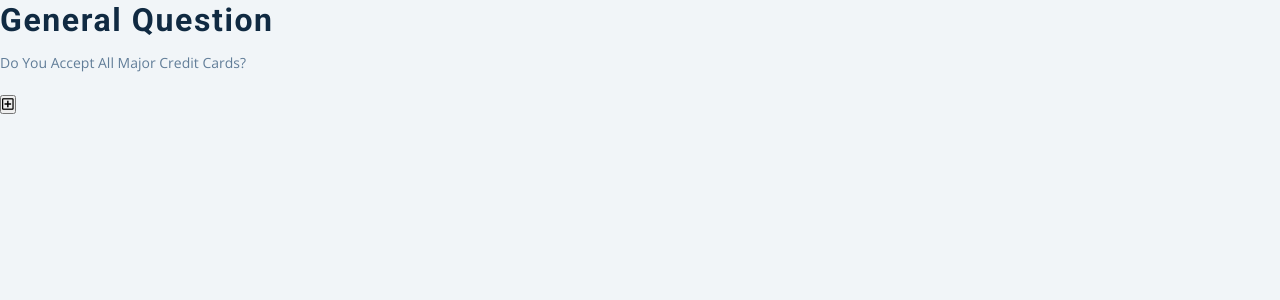
Repository: OmniaRafat232111121/projects-js
Page: questions/index.html
An editor plug-in stored every save of this project. The page is shown before and after the next save, followed by the edit.
The browser window is 1280 px wide. The pictures show the whole page.
Some web libraries are served in a nearby version.

Above is the page before, as saved 2023-01-02 22:03:04.

After the next save:
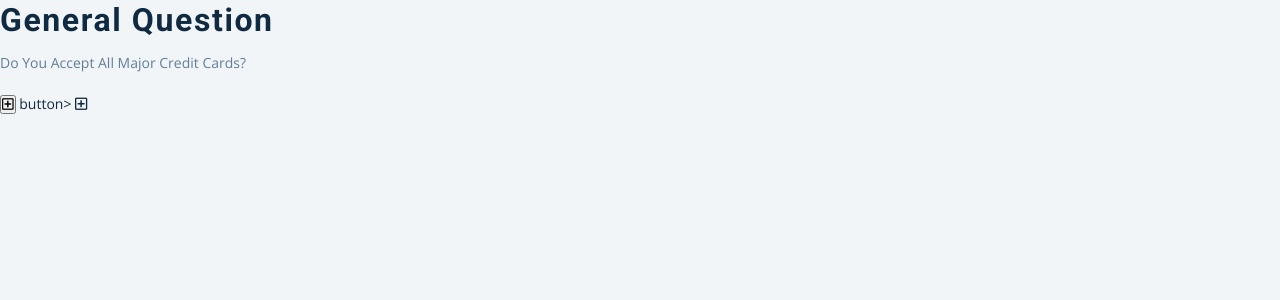
Saved 5 s later.
--- a/questions/index.html
+++ b/questions/index.html
@@ -29,6 +29,11 @@
            <i class="far fa-plus-square"></i>
           </span>
          </button>
+         button>
+          <span>
+           <i class="far fa-plus-square"></i>
+          </span>
+         </button>
 
         </div>
 
